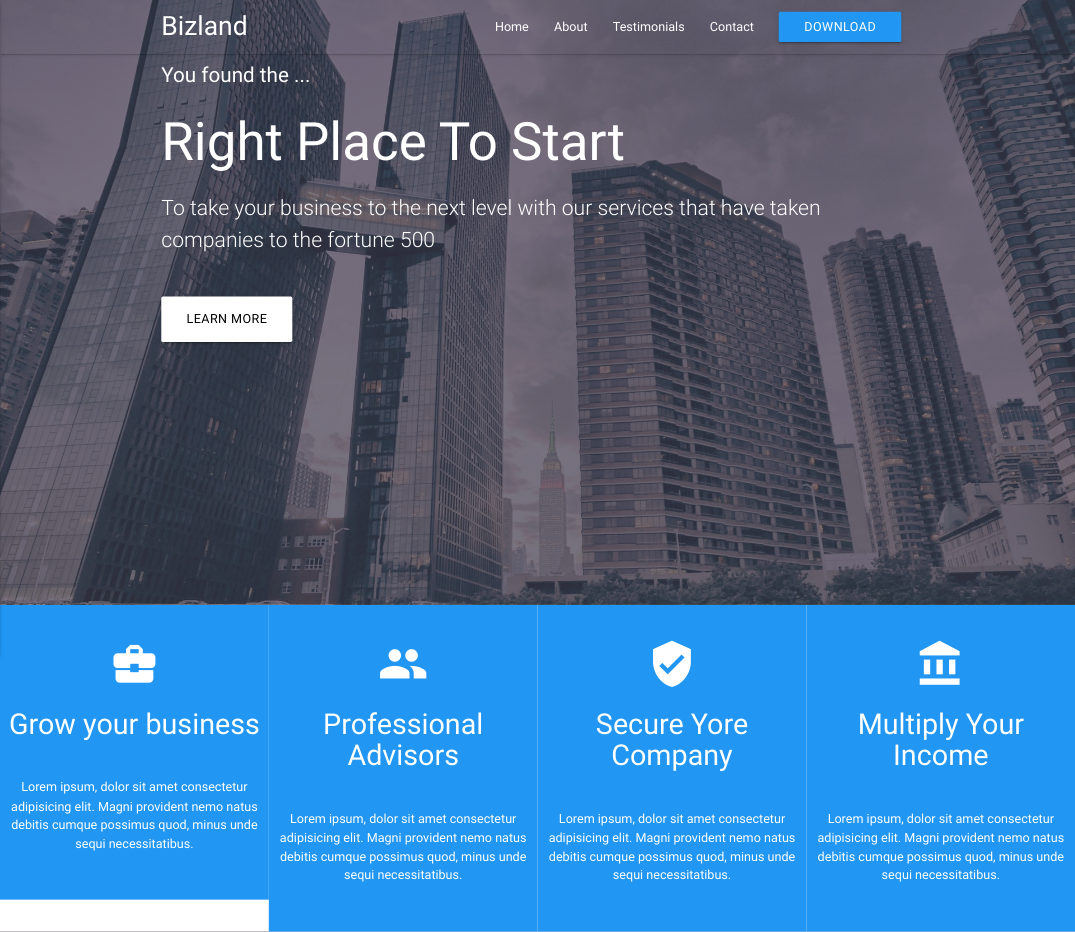
Repository: farrdy/bizland
Page: index.html
The author's editor kept a copy of each file at every save. The page is drawn from the files as they stood at one save, then again after the next save.
The browser window is 1280 px wide. The pictures show the whole page, at 84% of full size.
Some web libraries are served in a nearby version.

Above is the page before, as saved 2020-01-04 21:04:16.

### index.html
<!DOCTYPE html>
<html>
  <head>
    <!--Import Google Icon Font-->
    <link
      href="https://fonts.googleapis.com/icon?family=Material+Icons"
      rel="stylesheet"
    />
    <!--Import materialize.css-->
    <link
      type="text/css"
      rel="stylesheet"
      href="css/materialize.min.css"
      media="screen,projection"
    />
    <link type="text/css" rel="stylesheet" href="css/main.css" />
    <!--Let browser know website is optimized for mobile-->
    <meta name="viewport" content="width=device-width, initial-scale=1.0" />
    <title>Bizland Theme</title>
  </head>

  <body>
    <header class="main-header">
      <div class="primary-overlay">
        <div class="navbar-fixed">
          <nav class="transparent">
            <div class="container">
              <div class="nav-wrapper">
                <a href="#home" class="brand-logo">Bizland</a>
                <a href="#" class="button-collapse" data-activates="mobile-nav">
                  <i class="material-icons">menu</i>
                </a>
                <ul class=" right hide-on-med-and-down">
                  <li>
                    <a href="#home">Home</a>
                  </li>
                  <li>
                    <a href="#about">About</a>
                  </li>
                  <li>
                    <a href="#testimonials">Testimonials</a>
                  </li>
                  <li>
                    <a href="#contact">Contact</a>
                  </li>
                  <li>
                    <a href="#" class="btn blue">Download</a>
                  </li>
                </ul>
              </div>
            </div>
          </nav>
        </div>
        <ul class="side-nav" id="mobile-nav">
          <h4 class="blue-grey darken-3  center">
            Bizland
          </h4>
          <li>
            <a href="#" class="devider"></a>
          </li>
          <li>
            <a href="#home">Home</a>
          </li>
          <li>
            <a href="#about">About</a>
          </li>
          <li>
            <a href="#testimonials">Testimonials</a>
          </li>
          <li>
            <a href="#contact">Contact</a>
          </li>
        </ul>

        <!-- showcase -->
        <div class="showcase container">
          <div class="row">
            <div class="col s12 main-text">
              <h5>You found the ...</h5>
              <h1>Right Place To Start</h1>
              <p class="flow-text">
                To take your business to the next level with our services that
                have taken companies to the fortune 500
              </p>
              <br />
              <a href="" class="btn btn-large white black-text">Learn More</a>
              <a href="#about" class="white-text"
                ><i class="material-icons medium scroll-icon">
                  arrow_drop_down_circle
                </i></a
              >
            </div>
          </div>
        </div>
      </div>
    </header>
    <section class="section-boxes center">
      <div class="row">
        <div class="col s12 m6 l3 blue white-text box">
          <i class="material-icons medium">business_center</i>
          <h4>Grow your business</h4>
          <p>
            Lorem ipsum, dolor sit amet consectetur adipisicing elit. Magni
            provident nemo natus debitis cumque possimus quod, minus unde sequi
            necessitatibus.
          </p>
        </div>
        <div class="col s12 m6 l3 blue white-text box">
          <i class="material-icons medium">people</i>
          <h4>Professional Advisors</h4>
          <p>
            Lorem ipsum, dolor sit amet consectetur adipisicing elit. Magni
            provident nemo natus debitis cumque possimus quod, minus unde sequi
            necessitatibus.
          </p>
        </div>
        <div class="col s12 m6 l3 blue white-text box">
          <i class="material-icons medium">verified_user</i>
          <h4>Secure Yore Company</h4>
          <p>
            Lorem ipsum, dolor sit amet consectetur adipisicing elit. Magni
            provident nemo natus debitis cumque possimus quod, minus unde sequi
            necessitatibus.
          </p>
        </div>
        <div class="col s12 m6 l3 blue white-text box">
          <i class="material-icons medium">account_balance</i>
          <h4>Multiply Your Income</h4>
          <p>
            Lorem ipsum, dolor sit amet consectetur adipisicing elit. Magni
            provident nemo natus debitis cumque possimus quod, minus unde sequi
            necessitatibus.
          </p>
        </div>
      </div>
    </section>

    <!--Import jQuery before materialize.js-->
    <script
      type="text/javascript"
      src="https://code.jquery.com/jquery-3.2.1.min.js"
    ></script>
    <script type="text/javascript" src="js/materialize.min.js"></script>
    <script>
      $(document).ready(function() {
        $(".button-collapse").sideNav();

        //scrollfire
        const options = [
          {
            selector: ".main-text",
            offset: 0,
            callback: function(el) {
              Materialize.fadeInImage($(el));
            }
          }
        ];

        Materialize.scrollFire(options);
      });
    </script>
  </body>
</html>

### css/main.css
.primary-overlay {
  background: rgba(63, 57, 77, 0.7);
  position: absolute;
  top: 0;
  left: 0;
  width: 100%;
  height: 100%;
  overflow: hidden;
}

.main-header {
  background: url(../img/showcase.jpg);
  background-size: cover;
  background-position: center;
  height: 100vh;
  min-height: 600px;
  color: #fff;
  position: relative;
}

.main-hedare .showcase {
  padding-top: 110px;
}

.scroll-icon {
  position: absolute;
  bottom: 5%;
  left: 47%;
  opacity: 0.5%;
}

.box {
  padding: 40px 10px !important;
}

.box h4 {
  padding-bottom: 30px;
}

.section-boxes .row {
  margin-bottom: 0 !important;
}

@media (max-width: 600px) {
  .main-header {
    height: 50vh;
  }
}

Loaded but not shown: css/materialize.min.css (library); js/materialize.min.js (library)

After the next save:
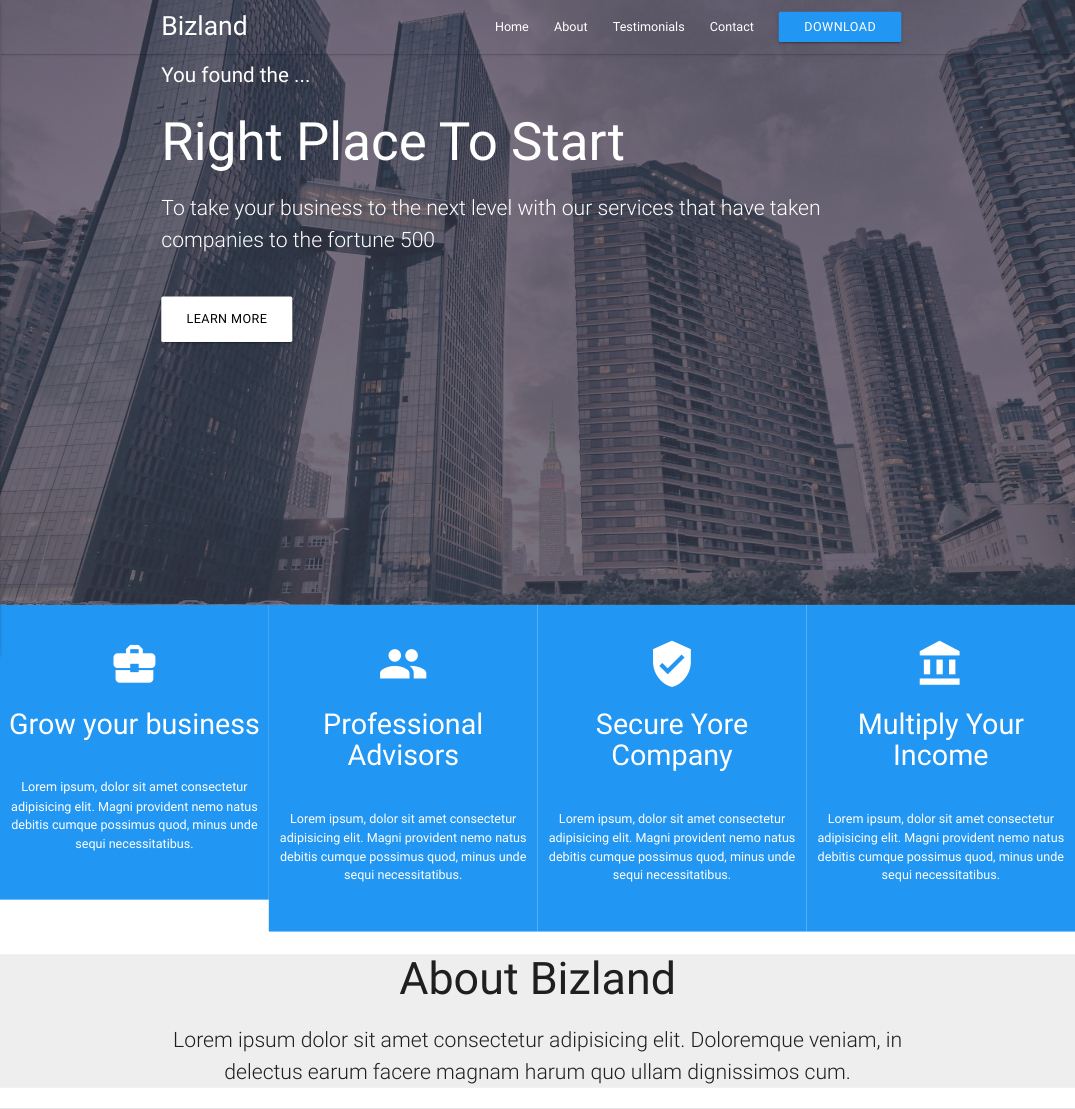
Saved 16 h 30 min later.
--- a/index.html
+++ b/index.html
@@ -134,6 +134,18 @@
         </div>
       </div>
     </section>
+    <!-- Section: About -->
+
+    <section class="section-about grey lighten-3 center">
+      <div class="container">
+        <h2>About Bizland</h2>
+        <p class="flow-text">
+          Lorem ipsum dolor sit amet consectetur adipisicing elit. Doloremque
+          veniam, in delectus earum facere magnam harum quo ullam dignissimos
+          cum.
+        </p>
+      </div>
+    </section>
 
     <!--Import jQuery before materialize.js-->
     <script
